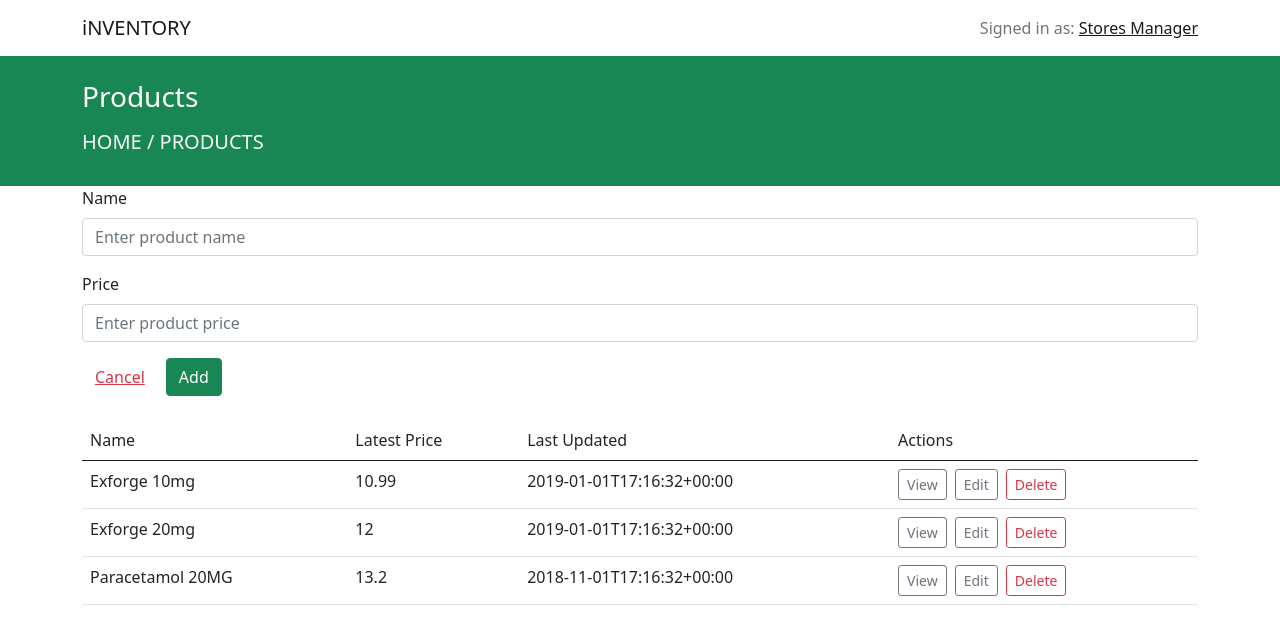
Repository: tHEO2k17/inventory-manager
Page: /
An editor plug-in stored every save of this project. The page is shown before and after the next save, followed by the edit.
The browser window is 1280 px wide. The pictures show the whole page.
The project was rebuilt for these pictures with package versions that can differ from the ones it lists, and the page was loaded fresh each time.

Above is the page before, as saved 2021-08-31 09:19:43.

After the next save:
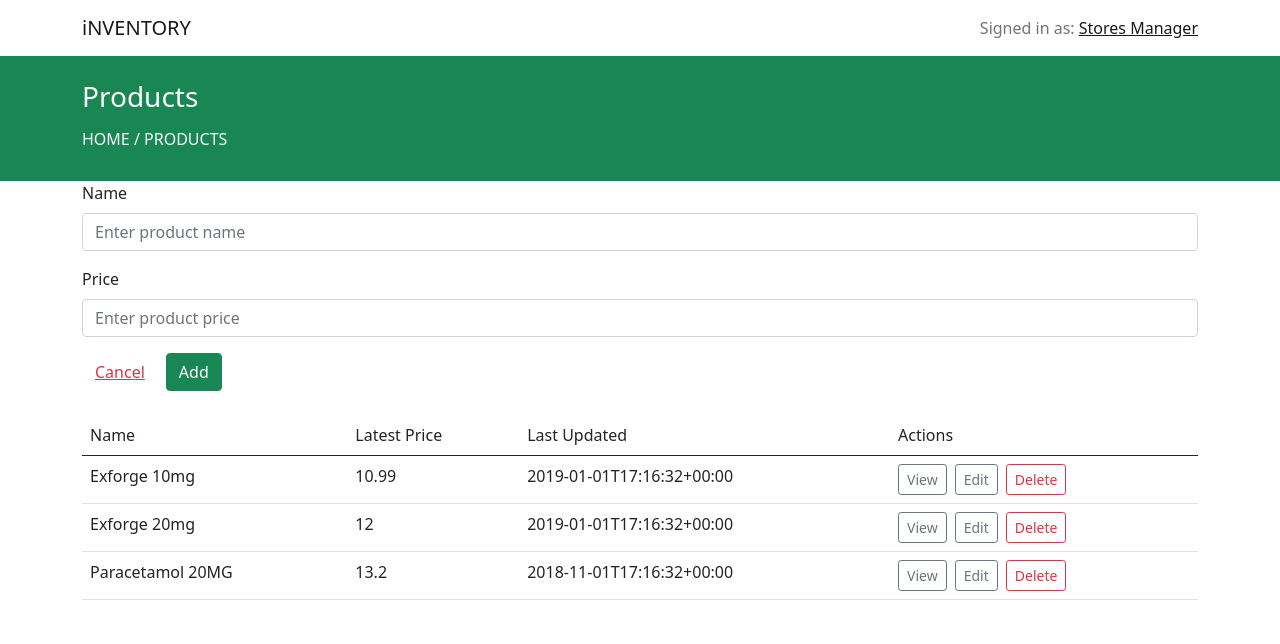
Saved 8 s later.
--- a/src/presentation/components/Banner.tsx
+++ b/src/presentation/components/Banner.tsx
@@ -5,7 +5,7 @@ const Banner = () => {
        <section className="bg-success">
            <Container className="py-4 text-white">
                <h3>Products</h3>
-               <h5 className="text-light mt-3">HOME / PRODUCTS</h5>
+               <h6 className="text-light mt-3">HOME / PRODUCTS</h6>
 
            </Container>
        </section>
